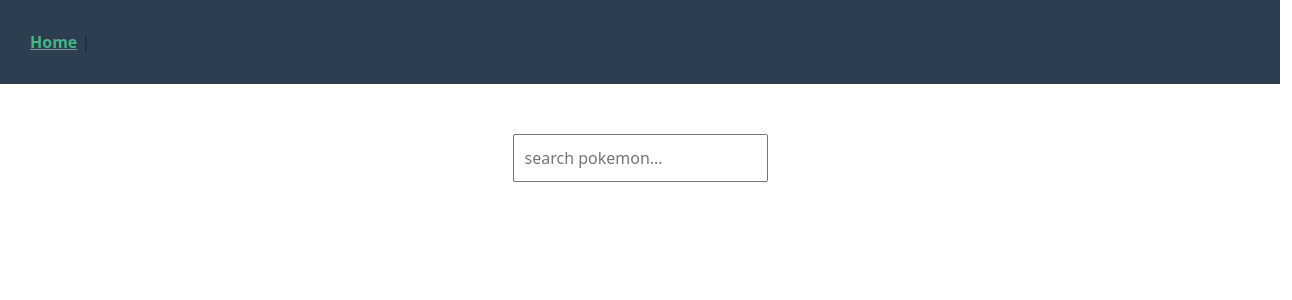
Repository: arif286/PokeDex-website
Page: /
An editor plug-in stored every save of this project. The page is shown before and after the next save, followed by the edit.
The browser window is 1280 px wide. The page is 1280 px wide, then 1292 px, so the pictures cover 1292 px, including what lies to the right of the window. The pictures show the whole page.
The page's requests for data from a server got no answer. The project was rebuilt for these pictures with package versions that can differ from the ones it lists, and the page was loaded fresh each time. No one was signed in, and anything a server would have sent is missing. Also part of the build but not shown: src/views/About.vue.

Above is the page before, as saved 2021-06-04 01:37:41.

### src/main.js
import "bootstrap";
import "bootstrap/dist/css/bootstrap.min.css";
import { createApp } from 'vue';
import App from './App.vue';
import router from './router';


createApp(App).use(router).mount('#app')

### src/App.vue
<template>
  <div id="nav">
    <router-link to="/">Home</router-link> |
    <!-- <router-link to="/pokemon">About</router-link> -->
  </div>
  <router-view />
</template>

<style>
#nav {
  padding: 30px;
  background-color: #2c3e50;
}

#nav a {
  font-weight: bold;
  color: #2c3e50;
}

#nav a.router-link-exact-active {
  color: #42b983;
}
</style>

### src/router/index.js
import { createRouter, createWebHistory } from 'vue-router';
import About from '../views/About.vue';
import Home from '../views/Home.vue';

const routes = [
  {
    path: '/',
    name: 'Home',
    component: Home
  },
  {
    path: '/pokemon/:id',
    name: 'pokemon',
    component: About,
  }
]

const router = createRouter({
  history: createWebHistory(),
  routes,
});

export default router

### src/views/Home.vue
<template>
  <div class="home">
    <input @keyup="update" type="text" placeholder="search pokemon..." />
  </div>
  <div class="container">
    <div class="row">
      <div
        class="col-md-4 pb-4"
        v-for="(pokemon, index) in pokemons"
        :key="index"
      >
        <div class="card">
          <img
            class="w-100"
            :src="
              `http://pokeres.bastionbot.org/images/pokemon/${index + 1}.png`
            "
            alt=""
          />
          <h3 class="text-center">{{ pokemon.name }}</h3>
          <button @click="handleView(pokemon.name)" class="btn btn-danger">
            View details
          </button>
        </div>
      </div>
    </div>
  </div>
</template>

<script>
import axios from "axios";

export default {
  name: "Home",
  // components: {
  //   HelloWorld
  // }
  data() {
    return {
      pokemons: null,
    };
  },
  methods: {
    update(e) {
      console.log("name", e.target.value);
      fetch(`https://pokeapi.co/api/v2/pokemon/${e.target.value}?limit=150`)
        .then((res) => res.json())
        .then((data) => console.log(data));
    },
    handleView(name) {
      console.log(name);
      this.$router.push({ name: "pokemon", params: { id: name } });
    },
  },
  created() {
    axios.get(`https://pokeapi.co/api/v2/pokemon/?limit=30`).then((res) => {
      this.pokemons = res.data.results;
      console.log(this.pokemons);
    });
  },
};
</script>
<style scoped>
.home input {
  margin-top: 50px;
  padding: 10px;
  margin-bottom: 50px;
}
.home {
  text-align: center;
}
</style>

Loaded but not shown: public/index.html (common file)

After the next save:
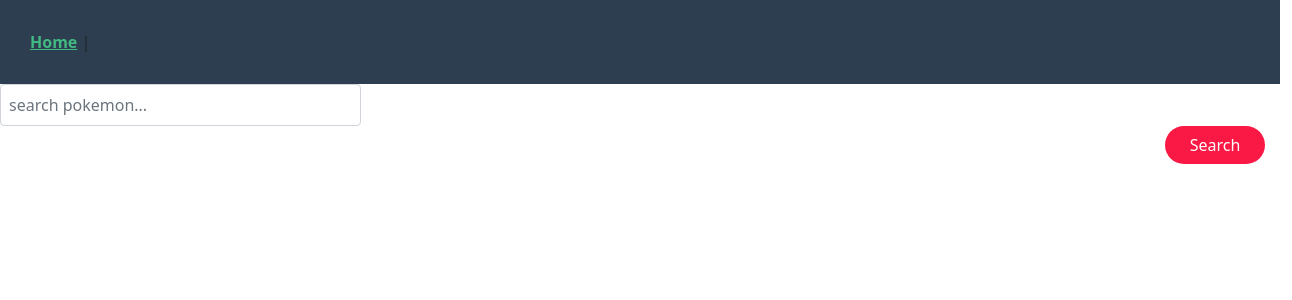
Saved 3 min 23 s later.
--- a/src/views/Home.vue
+++ b/src/views/Home.vue
@@ -1,6 +1,14 @@
 <template>
-  <div class="home">
-    <input @keyup="update" type="text" placeholder="search pokemon..." />
+  <div class="row">
+    <div class="col-md-5 col-lg-4">
+      <input
+        @keyup="update"
+        class="form-control searchBar"
+        type="text"
+        placeholder="search pokemon..."
+      />
+      <input class="search-btn" type="submit" value="Search" />
+    </div>
   </div>
   <div class="container">
     <div class="row">
@@ -69,4 +77,23 @@ export default {
 .home {
   text-align: center;
 }
+.searchBar {
+  position: relative;
+  width: 88%;
+  padding: 8px;
+}
+.search-btn {
+  outline: none;
+  background-color: #f91944;
+  display: inline-block;
+  width: 100px;
+  padding: 7px;
+  border-radius: 50px;
+  color: #fff;
+  border: none;
+  font-weight: 300;
+  position: absolute;
+  right: 0;
+  margin-right: 15px;
+}
 </style>
